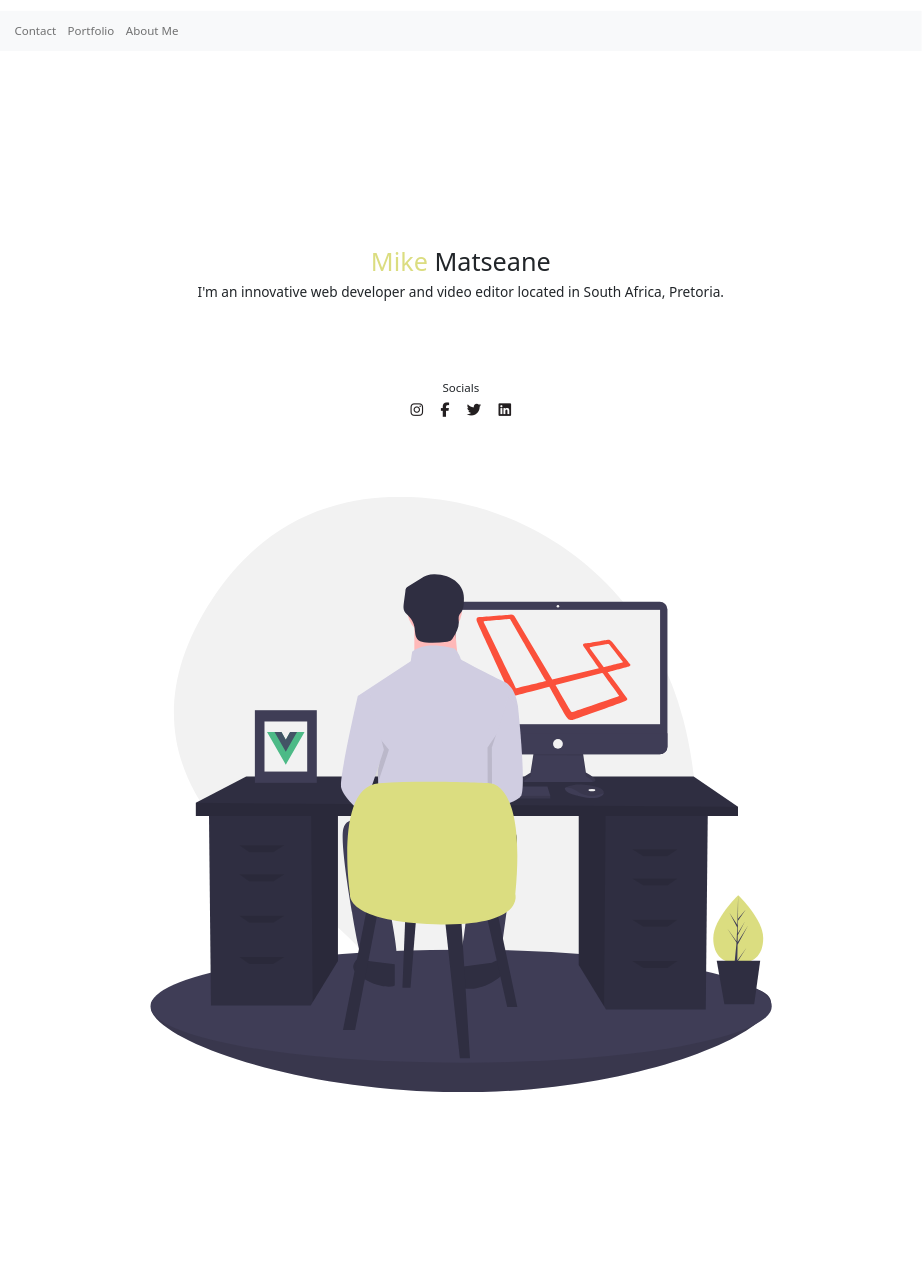
Repository: mikempho/resume10-Final
Page: resume10.html
An editor plug-in stored every save of this project. The page is shown before and after the next save, followed by the edit.
The browser window is 1280 px wide. The pictures show the whole page, at 72% of full size.
Some web libraries are served in a nearby version.

Above is the page before, as saved 2022-05-16 14:04:48.

After the next save:
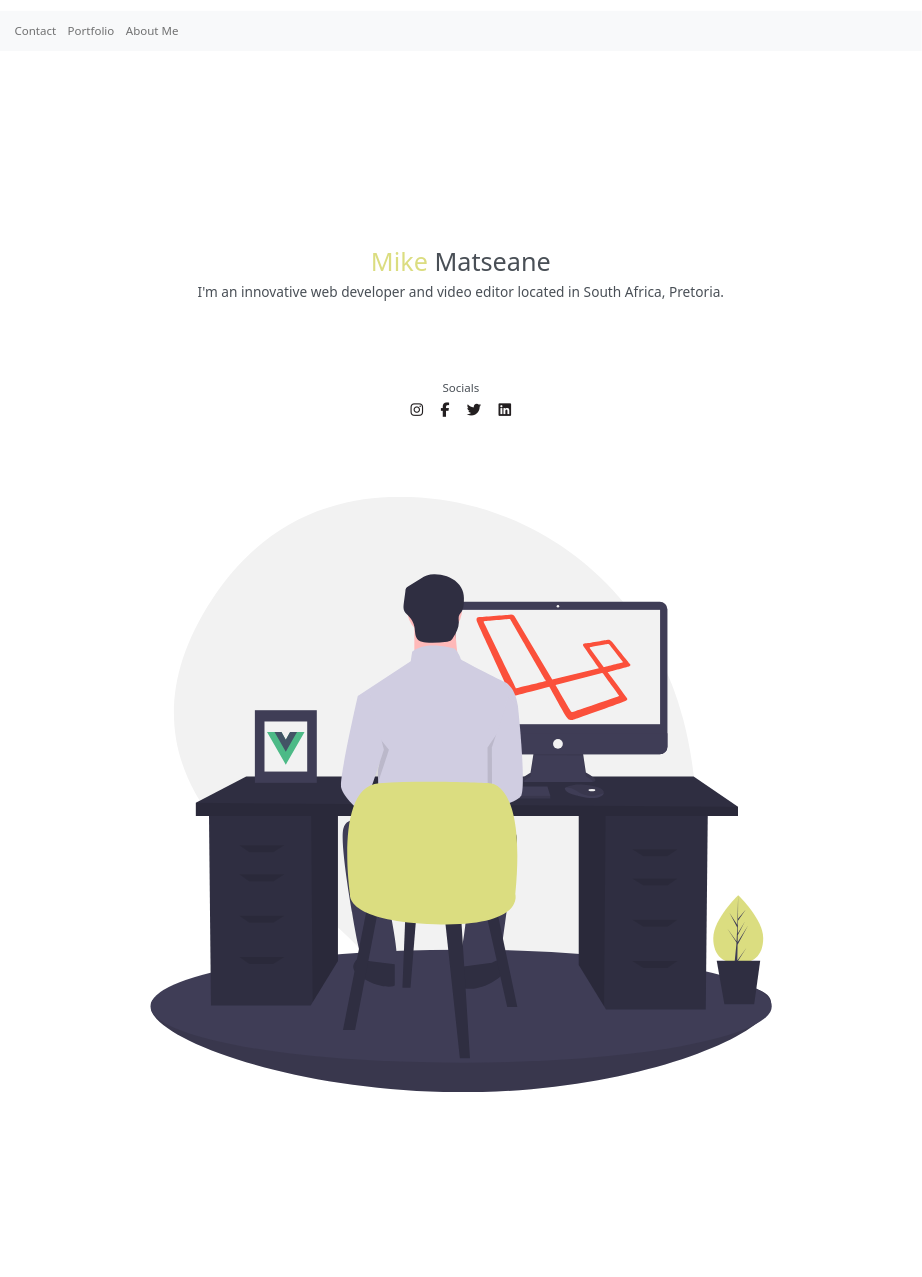
Saved 57 s later.
--- a/css/style.css
+++ b/css/style.css
@@ -3,6 +3,7 @@
 body {
     margin: 0;
     box-sizing: border-box;
+    color: #494F56;
 }
 
 h1 {
